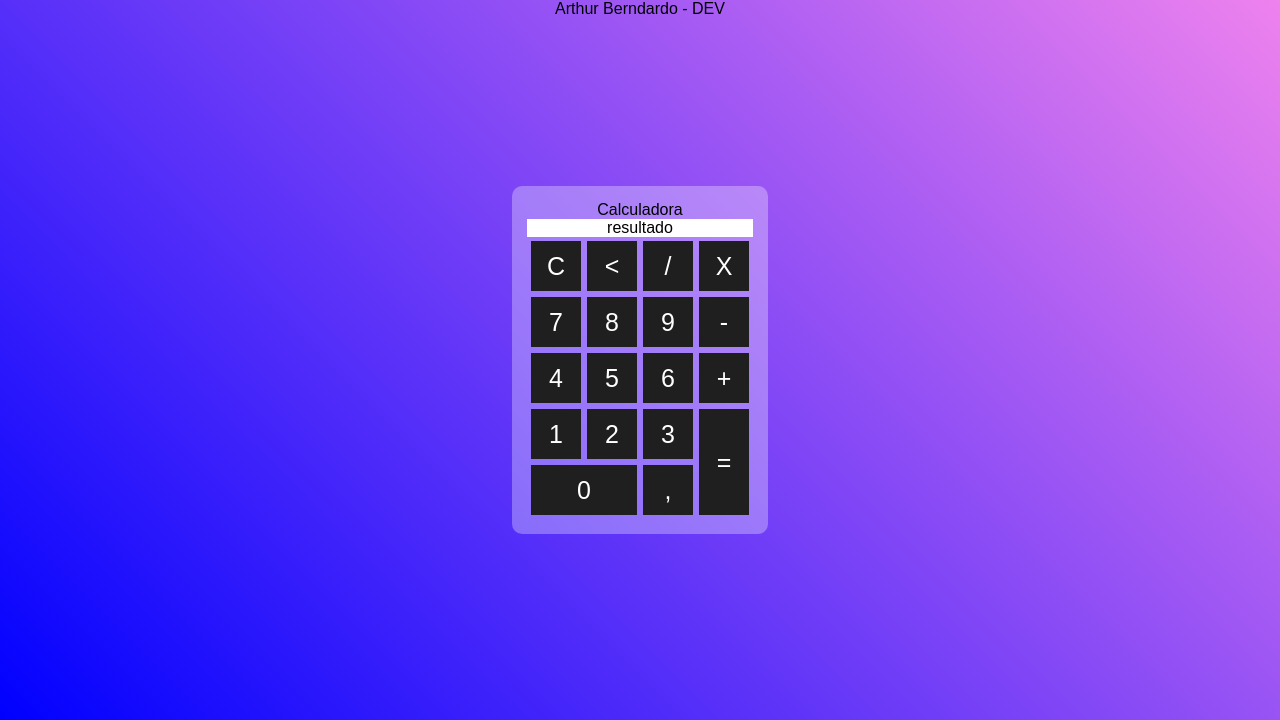
Repository: oThurDev/calculadora
Page: calculadora.html
An editor plug-in stored every save of this project. The page is shown before and after the next save, followed by the edit.
The browser window is 1280 px wide. The pictures show the whole page.

Above is the page before, as saved 2022-02-25 15:46:29.

After the next save:
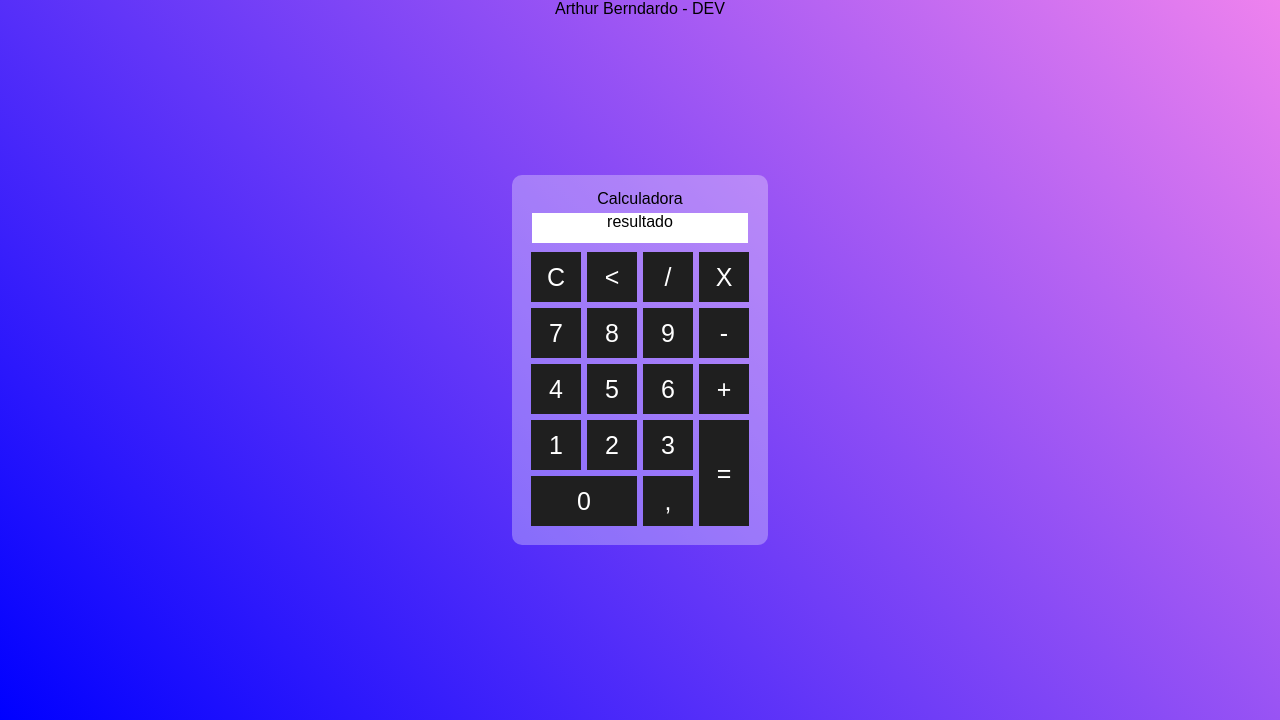
Saved 53 s later.
--- a/style_calculadora.css
+++ b/style_calculadora.css
@@ -38,4 +38,6 @@
 
 #resultado{
     background-color: white;
+    height: 30px;
+    margin: 5px;
 }
